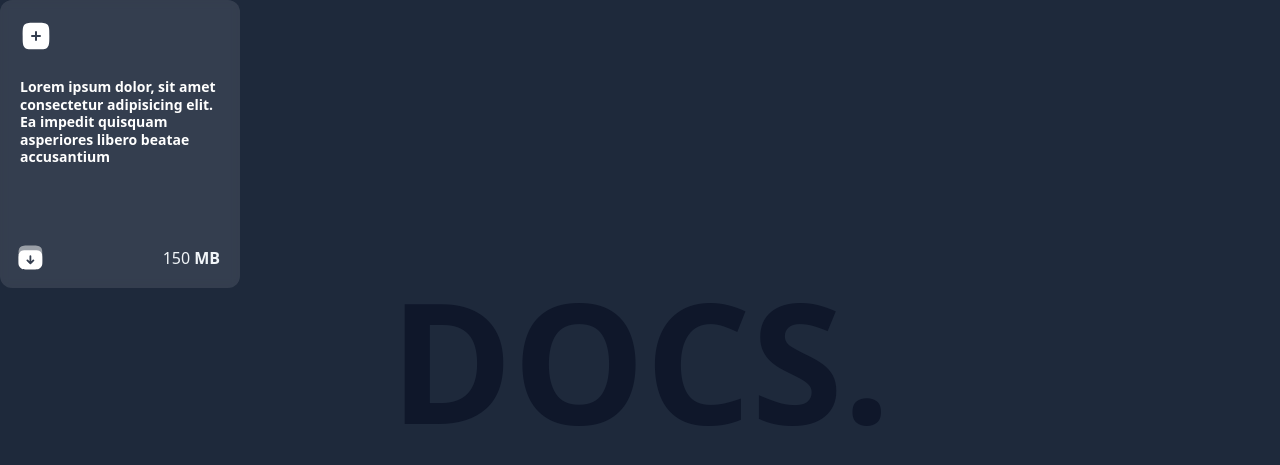
Repository: aliakbarmotallebi/framer-react
Page: /
These files come from the project's save history. The page is drawn as it stood at one moment and after the next save; the edit follows.
The browser window is 1280 px wide. The pictures show the whole page.
The project was rebuilt for these pictures with package versions that can differ from the ones it lists, and the page was loaded fresh each time.

Above is the page before, as saved 2024-08-14 22:52:40.

### src/App.js
import React from "react";
import Background from "./components/Background";
import Card from "./components/Card";

function App() {
  return (
    <div className="relative h-screen w-full bg-slate-800">
      <Background />
      <div className="fixed left-0 top-0 z-[3] h-full w-full">
        <Card />
      </div>
    </div>
  );
}

export default App;

### src/components/Background.jsx
import React from "react";

function Background() {
    return <h1 className="absolute left-1/2 top-1/2 -translate-x-[50%] -translate-y-[50%] text-[13vw] font-semibold text-slate-900">
    DOCS.
  </h1>
}

export default Background;

### src/components/Card.jsx
import React, { Component } from 'react';
import { motion } from "framer-motion";
import { twMerge } from 'tailwind-merge';

const Card = ({ isDownload }) => {
    return (
        <motion.div drag className="w-60 h-72 rounded-xl bg-white/10 backdrop-blur-sm p-5 text-white relative overflow-hidden">
            <button>
            <svg xmlns="http://www.w3.org/2000/svg" className="w-8 h-8" viewBox="0 0 24 24"><path fill="currentColor" fill-rule="evenodd" d="M12 22c-4.714 0-7.071 0-8.536-1.465C2 19.072 2 16.714 2 12s0-7.071 1.464-8.536C4.93 2 7.286 2 12 2s7.071 0 8.535 1.464C22 4.93 22 7.286 22 12s0 7.071-1.465 8.535C19.072 22 16.714 22 12 22m0-13.75a.75.75 0 0 1 .75.75v2.25H15a.75.75 0 0 1 0 1.5h-2.25V15a.75.75 0 0 1-1.5 0v-2.25H9a.75.75 0 0 1 0-1.5h2.25V9a.75.75 0 0 1 .75-.75" clip-rule="evenodd"/></svg>
            </button>
            <p className="text-sm leading-tight mt-5 font-semibold">
                Lorem ipsum dolor, sit amet consectetur adipisicing elit. Ea impedit quisquam asperiores libero beatae accusantium
            </p>
            <div className="footer absolute bottom-0 w-full py-2 left-0">
                <button className="text-white p-2 font-medium w-full">
                    {isDownload ? (
                        <h5>Download Now</h5>
                    ): (
                    <div className="flex justify-between items-center w-full px-2">
                        <svg xmlns="http://www.w3.org/2000/svg" width="1.8em" height="1.8em" className="fill-current" viewBox="0 0 24 24"><path fill="currentColor" d="M12 2c4.713 0 7.07 0 8.535 1.464c.757.758 1.123 1.754 1.3 3.192V10H2.164V6.656c.176-1.438.541-2.434 1.299-3.192C4.928 2 7.285 2 11.999 2" opacity="0.5"/><path fill="currentColor" fill-rule="evenodd" d="M2 14c0-2.8 0-4.2.545-5.27A5 5 0 0 1 4.73 6.545C5.8 6 7.2 6 10 6h4c2.8 0 4.2 0 5.27.545a5 5 0 0 1 2.185 2.185C22 9.8 22 11.2 22 14s0 4.2-.545 5.27a5 5 0 0 1-2.185 2.185C18.2 22 16.8 22 14 22h-4c-2.8 0-4.2 0-5.27-.545a5 5 0 0 1-2.185-2.185C2 18.2 2 16.8 2 14m10.75-3a.75.75 0 0 0-1.5 0v4.19l-1.22-1.22a.75.75 0 1 0-1.06 1.06l2.5 2.5a.75.75 0 0 0 1.06 0l2.5-2.5a.75.75 0 1 0-1.06-1.06l-1.22 1.22z" clip-rule="evenodd"/></svg>
                        <h5 className="text-slate-100 ml-auto">
                            150
                            <span className="font-bold px-1">
                                MB
                            </span>
                        </h5>
                    </div>
                    )}
                </button>
            </div>
        </motion.div>
    );
}
export default Card;

Loaded but not shown: public/index.html (common file); src/index.js (common file); src/index.css (common file); tailwind.config.js (common file)

After the next save:
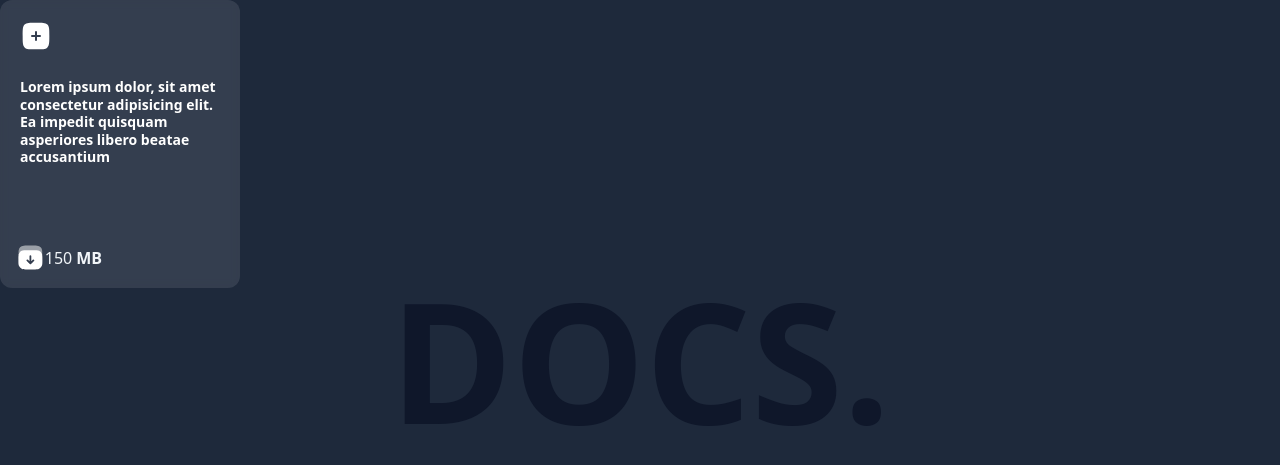
Saved 66 s later.
--- a/src/components/Card.jsx
+++ b/src/components/Card.jsx
@@ -12,7 +12,7 @@
                 Lorem ipsum dolor, sit amet consectetur adipisicing elit. Ea impedit quisquam asperiores libero beatae accusantium
             </p>
             <div className="footer absolute bottom-0 w-full py-2 left-0">
-                <button className="text-white p-2 font-medium w-full">
+                <button className={`twMerge("text-white p-2 font-medium w-full", )`}>
                     {isDownload ? (
                         <h5>Download Now</h5>
                     ): (

After the 2 saves that followed:
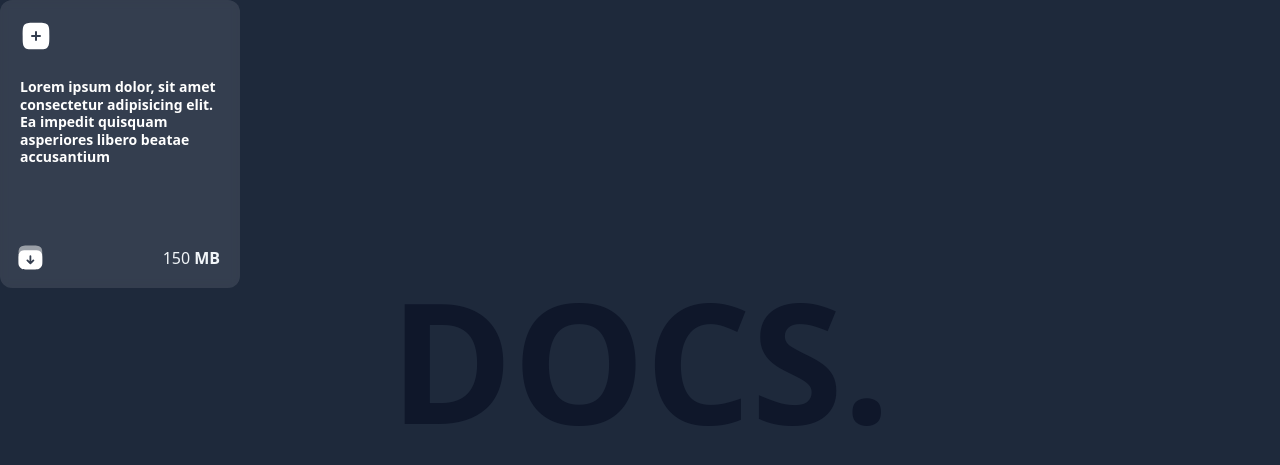
The 2 saves are shown as one change because 1 did not build or start.
The last was saved 3 min 0 s later.
--- a/src/components/Card.jsx
+++ b/src/components/Card.jsx
@@ -12,7 +12,7 @@
                 Lorem ipsum dolor, sit amet consectetur adipisicing elit. Ea impedit quisquam asperiores libero beatae accusantium
             </p>
             <div className="footer absolute bottom-0 w-full py-2 left-0">
-                <button className={`twMerge("text-white p-2 font-medium w-full", )`}>
+                <button className={twMerge("text-white p-2 font-medium w-full", "text-white")}>
                     {isDownload ? (
                         <h5>Download Now</h5>
                     ): (
